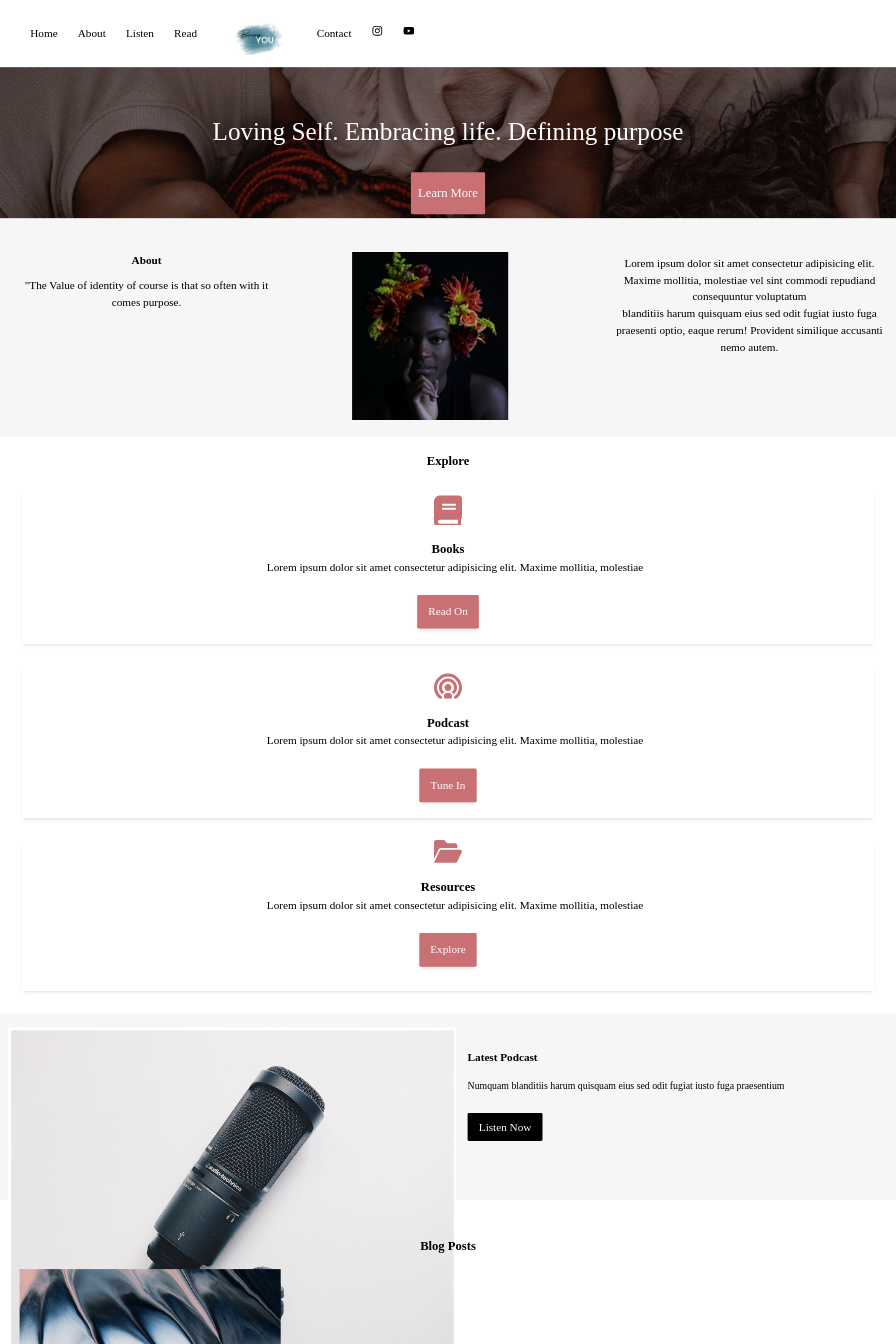
Repository: BrightonMboya/being-you
Page: /
These files come from the project's save history. The page is drawn as it stood at one moment and after the next save; the edit follows.
The browser window is 1280 px wide. The pictures show the part of the page from y = 0 to 1920 px (the page is 2948 px tall), at 70% of full size.
The project was rebuilt for these pictures with package versions that can differ from the ones it lists, and the page was loaded fresh each time.

Above is the page before, as saved 2022-05-29 10:26:58.

After the next save:
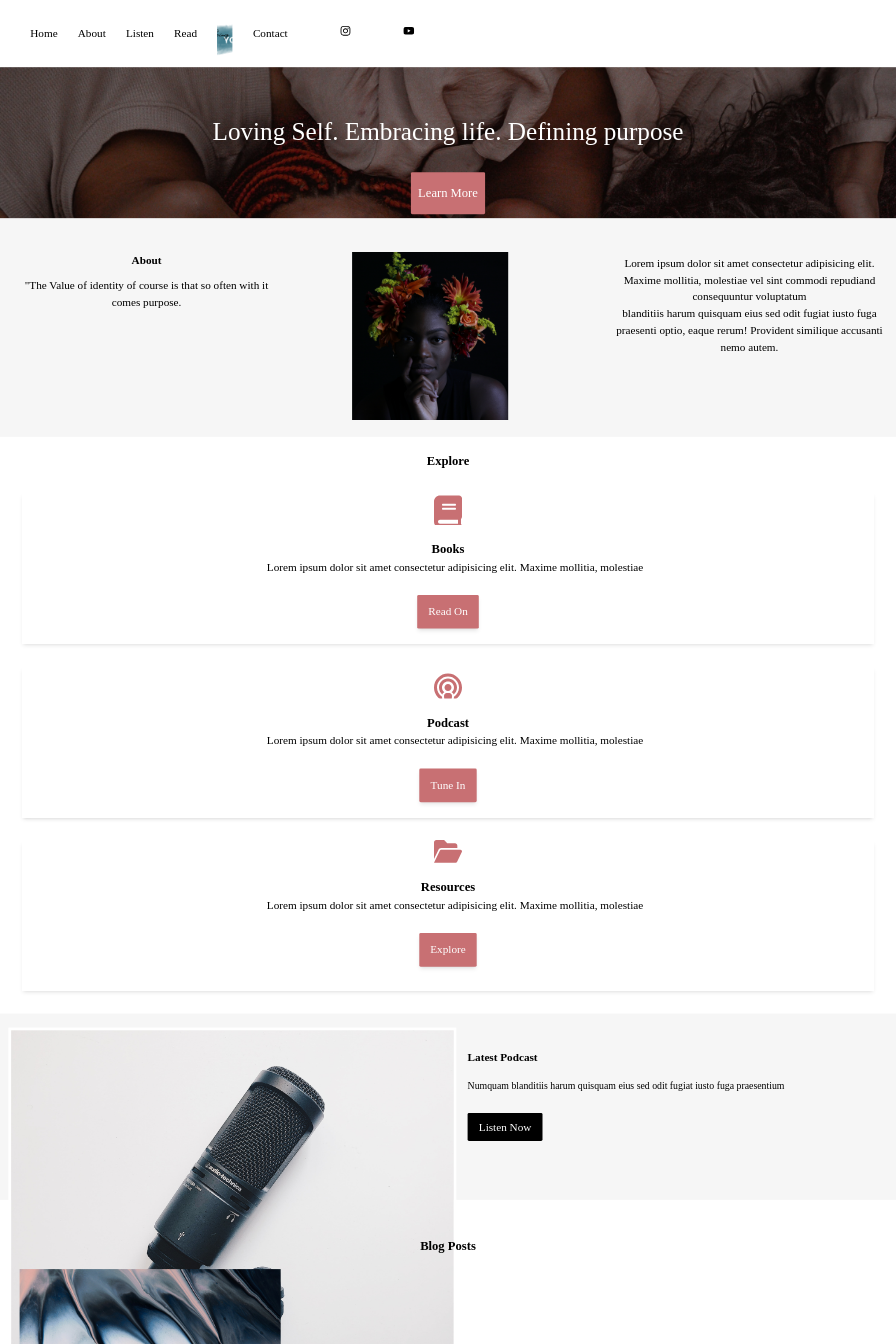
Saved 11 s later.
--- a/src/Components/Navbar/NavBar.jsx
+++ b/src/Components/Navbar/NavBar.jsx
@@ -43,7 +43,7 @@
               Contact
             </Link>
           </li>
-          <li className="mt-5">
+          <li className="mt-5 w-full">
             <FaInstagram className="w-full" />
           </li>
           <li className="mt-5">

After the save that followed:
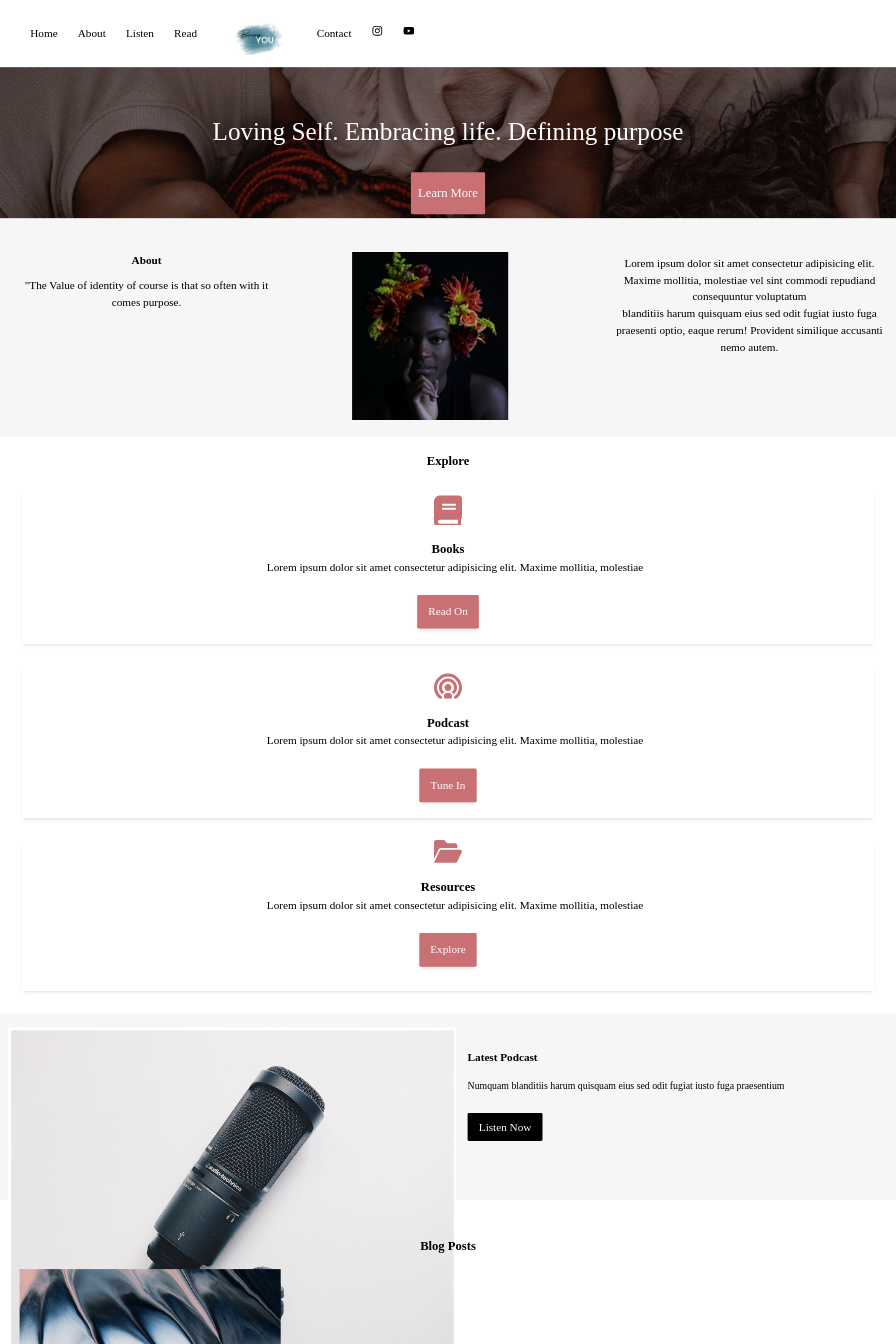
Saved 17 s later.
--- a/src/Components/Navbar/NavBar.jsx
+++ b/src/Components/Navbar/NavBar.jsx
@@ -43,7 +43,7 @@
               Contact
             </Link>
           </li>
-          <li className="mt-5 w-full">
+          <li className="mt-5">
             <FaInstagram className="w-full" />
           </li>
           <li className="mt-5">
